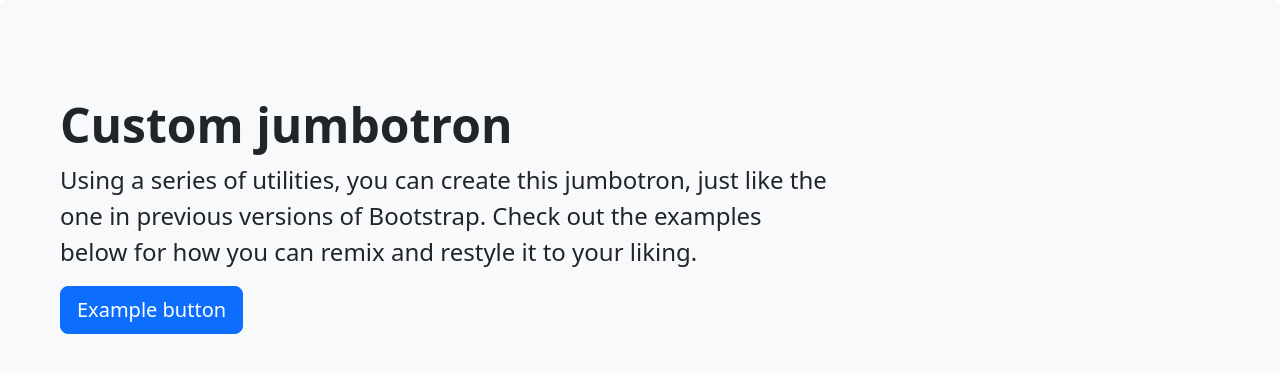
Repository: thecoachanna/newsletter-signup
Page: success.html
These files come from the project's save history. The page is drawn as it stood at one moment and after the next save; the edit follows.
The browser window is 1280 px wide. The pictures show the whole page.

Above is the page before, as saved 2023-05-05 09:23:57.

### success.html
<!DOCTYPE html>
<html lang="en">
<head>
    <meta charset="UTF-8">
    <meta http-equiv="X-UA-Compatible" content="IE=edge">
    <meta name="viewport" content="width=device-width, initial-scale=1.0">
    <link href="https://cdn.jsdelivr.net/npm/bootstrap@5.3.0-alpha3/dist/css/bootstrap.min.css" rel="stylesheet"
        integrity="sha384-KK94CHFLLe+nY2dmCWGMq91rCGa5gtU4mk92HdvYe+M/SXH301p5ILy+dN9+nJOZ" crossorigin="anonymous">
    <title>Success</title>
</head>
<body>
    <div class="p-5 mb-4 bg-body-tertiary rounded-3">
        <div class="container-fluid py-5">
          <h1 class="display-5 fw-bold">Custom jumbotron</h1>
          <p class="col-md-8 fs-4">Using a series of utilities, you can create this jumbotron, just like the one in previous versions of Bootstrap. Check out the examples below for how you can remix and restyle it to your liking.</p>
          <button class="btn btn-primary btn-lg" type="button">Example button</button>
        </div>
      </div>
</body>
</html>

After the next save:
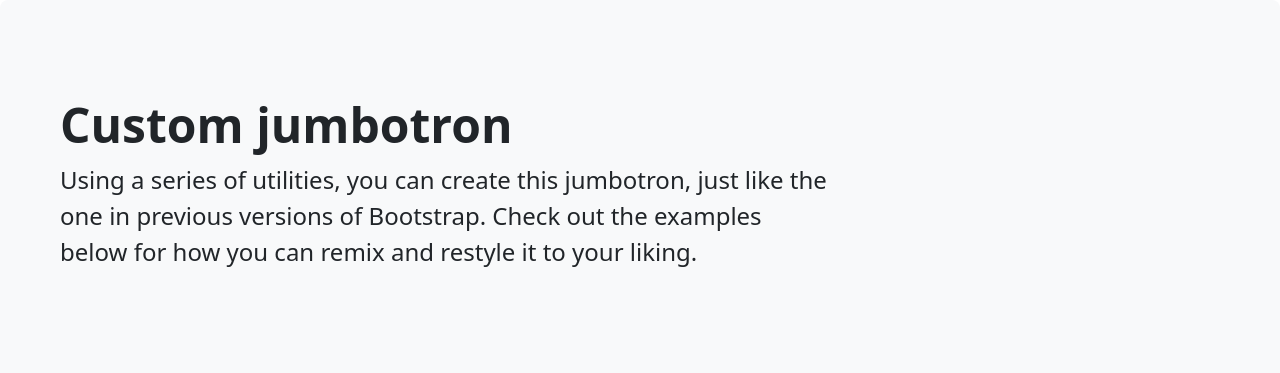
Saved 9 s later.
--- a/success.html
+++ b/success.html
@@ -13,7 +13,7 @@
         <div class="container-fluid py-5">
           <h1 class="display-5 fw-bold">Custom jumbotron</h1>
           <p class="col-md-8 fs-4">Using a series of utilities, you can create this jumbotron, just like the one in previous versions of Bootstrap. Check out the examples below for how you can remix and restyle it to your liking.</p>
-          <button class="btn btn-primary btn-lg" type="button">Example button</button>
+
         </div>
       </div>
 </body>
